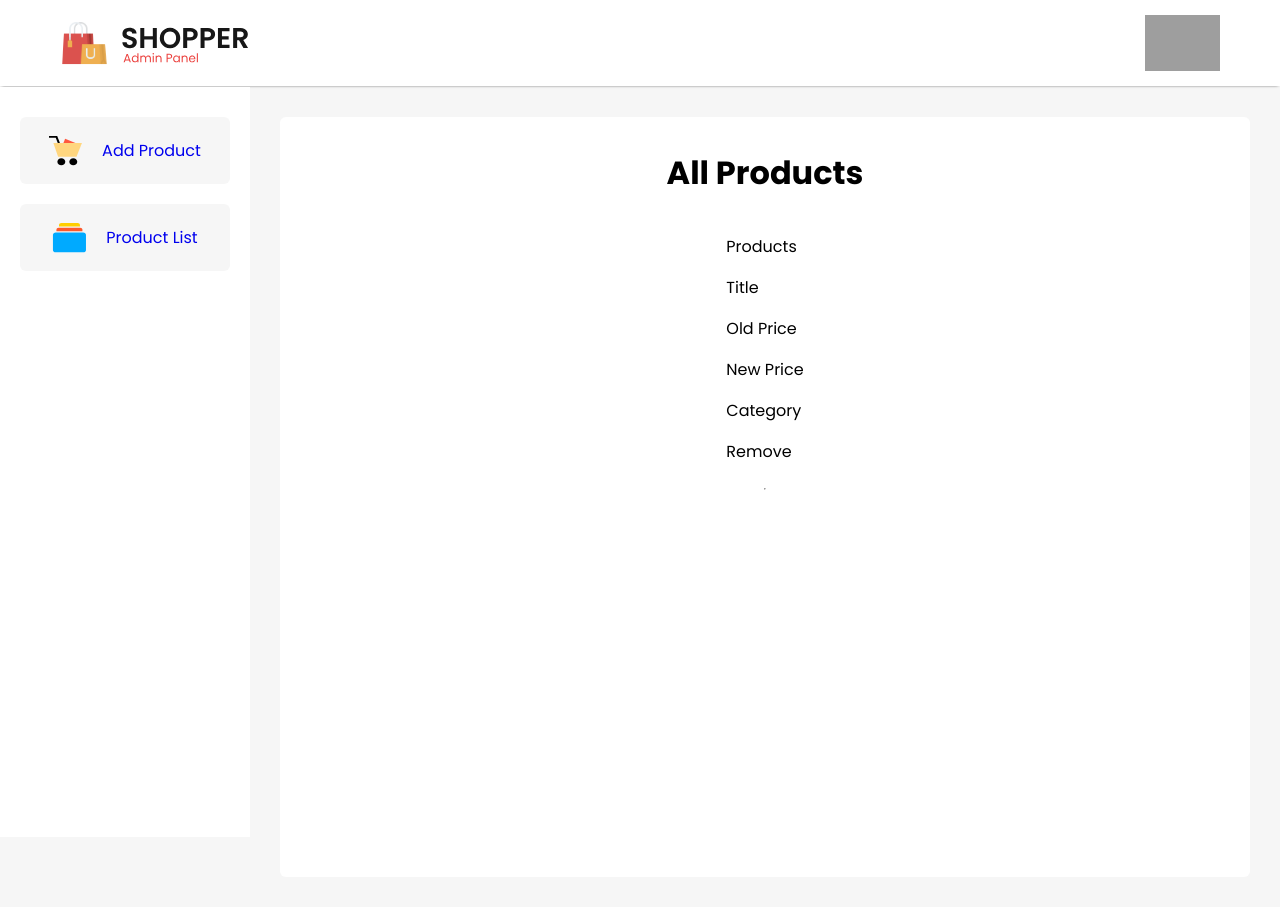
Repository: AiTrinh303/Simple-Shop
Page: /listproduct (app in admin/)
The author's editor kept a copy of each file at every save. The page is drawn from the files as they stood at one save, then again after a run of saves.
The browser window is 1280 px wide. The pictures show the whole page.
Pictures or frames that could not be fetched are drawn as grey boxes. The page's requests for data from a server got no answer. The project was rebuilt for these pictures with package versions that can differ from the ones it lists, and the page was loaded fresh each time. No one was signed in, and anything a server would have sent is missing. Also part of the build but not shown: admin/vite.config.js, admin/src/Components/AddProduct/AddProduct.css, admin/src/Components/AddProduct/AddProduct.jsx.

Above is the page before, as saved 2024-07-05 22:30:20.

After the next 3 saves:
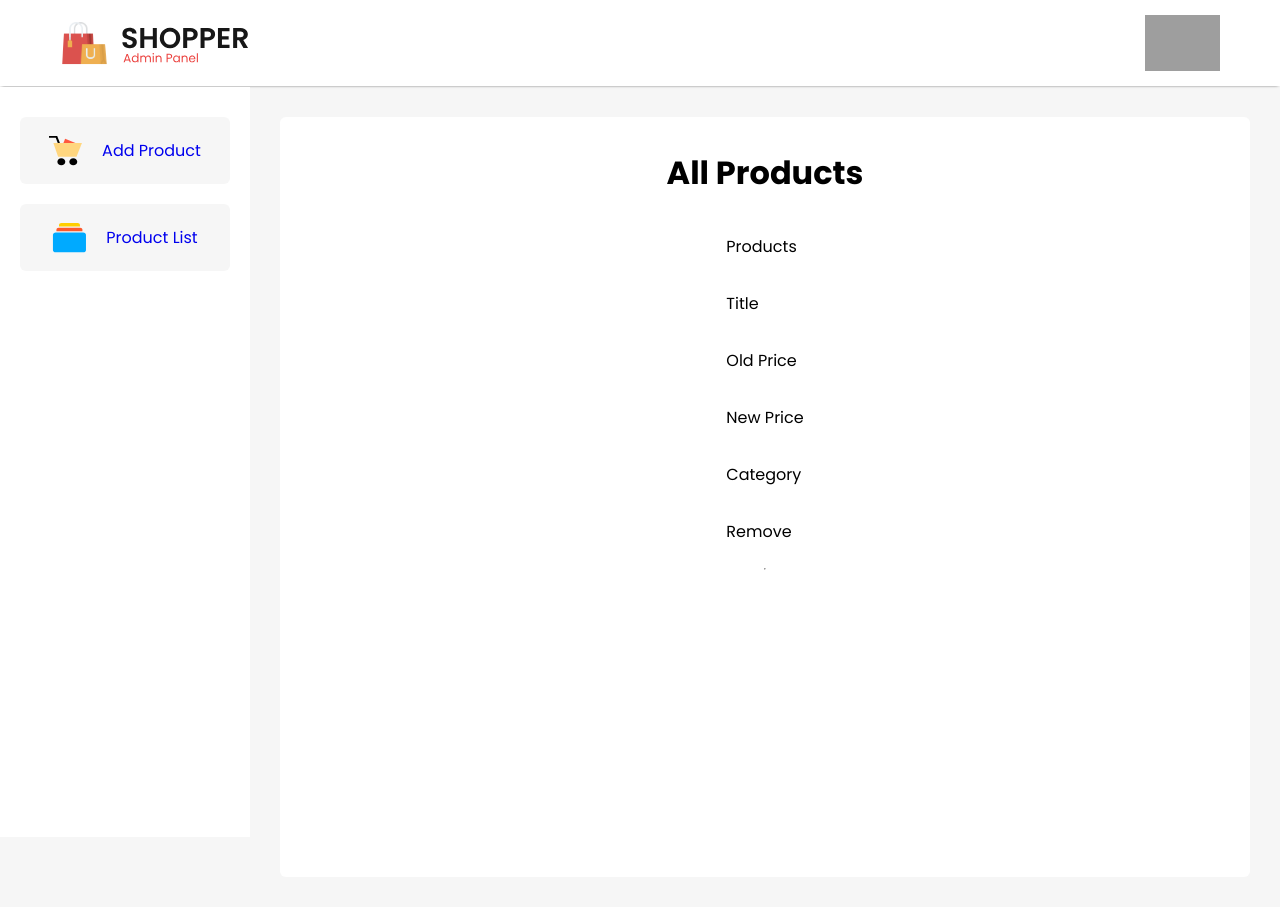
The 3 saves are shown as one change because they came seconds apart.
The last was saved 9 s later.
--- a/admin/src/Components/ListProduct/ListProduct.css
+++ b/admin/src/Components/ListProduct/ListProduct.css
@@ -11,5 +11,6 @@
 }
 
 .listproduct-format-main {
+    display: grid;
 
 }
